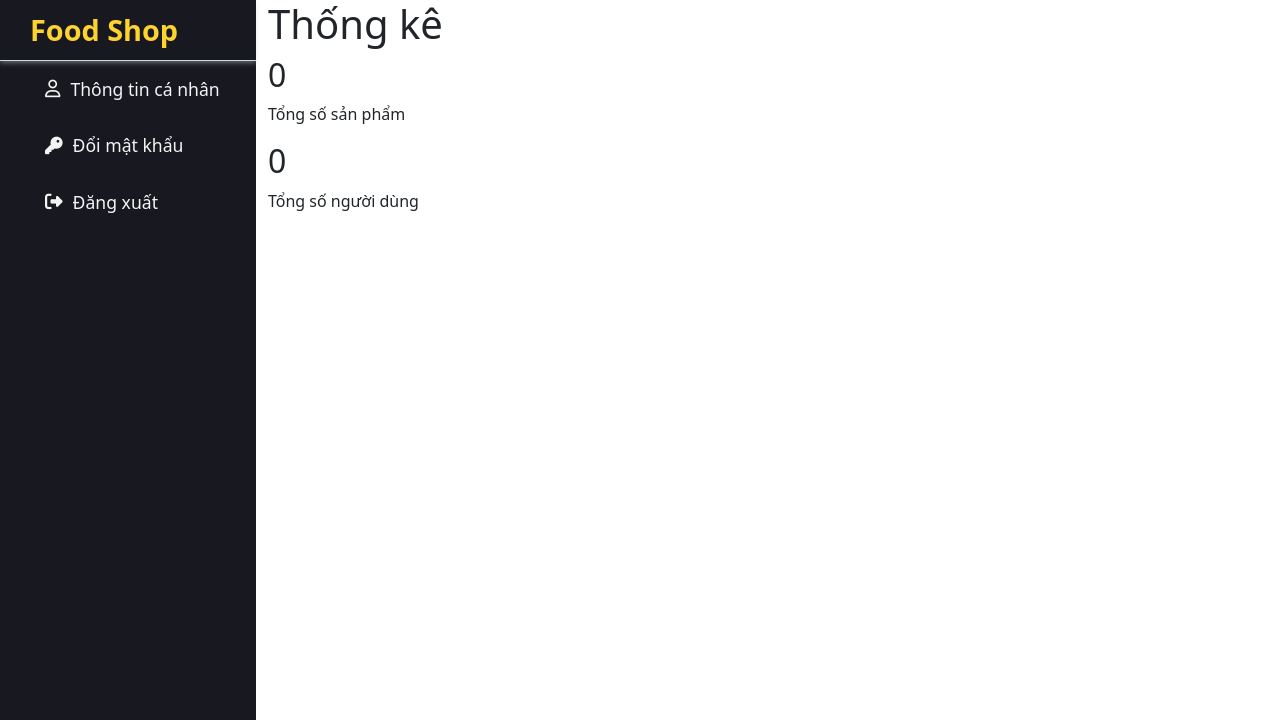
Repository: TuanAnhNguyen723/Restaurant-Projects
Page: http://localhost/Thongke/thongke.php
These files come from the project's save history. The page is drawn as it stood at one moment and after the next save; the edit follows.
The browser window is 1280 px wide. The pictures show the whole page.
The page is run by PHP 8.4 with error messages shown; the project is at /var/www/html/.

Above is the page before, as saved 2024-06-18 20:30:55.

### Thongke/thongke.php
<!DOCTYPE html>

<?php
 include 'ConnectDb.php';
 $role = isset($_SESSION['roleAccount']) ? $_SESSION['roleAccount'] : 'guest';
?>

<html lang="en">
  <head>
    <meta charset="UTF-8" />
    <meta name="viewport" content="width=device-width, initial-scale=1.0" />
    <title>Document</title>
    <link rel="stylesheet" href="./thongke.css" />
    <link
      href="https://cdn.jsdelivr.net/npm/bootstrap@5.3.3/dist/css/bootstrap.min.css"
      rel="stylesheet"
      integrity="sha384-QWTKZyjpPEjISv5WaRU9OFeRpok6YctnYmDr5pNlyT2bRjXh0JMhjY6hW+ALEwIH"
      crossorigin="anonymous"
    />
    <link
      rel="stylesheet"
      href="https://cdnjs.cloudflare.com/ajax/libs/font-awesome/6.4.2/css/all.min.css"
    />
  </head>
  <body>
    <nav class="dashboard">
      <div class="header">
        <a href="../View/main.php">Food Shop</a>
      </div>

      <div class="menu">
        <a href="../Dashboard/info.php" class="active ">
          <i class="fa-regular fa-user"></i>
          <span>Thông tin cá nhân</span>
        </a>

        <a style="background-color: #3b82f6" href="../Thongke/thongke.php" class="active admin-only">
        <i class="fa-regular fa-user"></i>
        <span>Thống kê</span>
      </a>

      <a href="../discount/discount.php" class="active admin-only">
          <i class="fa-regular fa-user"></i>
          <span>Quản lý mã giảm giá</span>
        </a>

      <a  href="../quanlysanpham/quanly.php" class="active admin-only">
        <i class="fa-regular fa-user"></i>
        <span>Quản lý sản phẩm</span>
      </a>

      <a href="../quanlytaikhoan/qltk.php" class="active admin-only">
        <i class="fa-regular fa-user"></i>
        <span>Quản lý tài khoản</span>
      </a>

        <a href="../ChangePass/changepass.php" class="active">
          <i class="fa-solid fa-key"></i>
          <span>Đổi mật khẩu</span>
        </a>
        <a href="../index.html" class="active">
          <i class="fa-solid fa-right-from-bracket"></i>
          <span>Đăng xuất</span>
        </a>
      </div>
    </nav>

    <main class="main-dashboard">
        <div class="container">
          <h1 class="title">Thống kê</h1>
            <div class="stats">
              <div class="stat">
                <h2 id="totalProducts" class="stat-number">0</h2>
                <p class="stat-label">Tổng số sản phẩm</p>
              </div>
            <div class="stat">
              <h2 id="totalUsers" class="stat-number">0</h2>
              <p class="stat-label">Tổng số người dùng</p>
            </div>
          </div>
        </div>
    </main>
  </body>
  <script>
    // PHP injects the role of the current user
    const userRole = '<?php echo $role; ?>';

    // JavaScript to show/hide elements based on role
    document.addEventListener('DOMContentLoaded', () => {

  if (userRole !== 'admin') {
    console.log(111)
    document.querySelectorAll('.admin-only').forEach(el => el.style.display = 'none');
  }

  if (userRole !== 'user') {
    console.log(111)
    document.querySelectorAll('.user-only').forEach(el => el.style.display = 'none');
  }
});
  </script>
</html>

### Thongke/ConnectDb.php
<?php
session_start();
include '../config.php';


// Kiểm tra xem form có được submit hay không
if ($_SERVER["REQUEST_METHOD"] == "POST") {
    $username = $_POST['username'];
    $email = $_POST['email'];
    $phone = $_POST['phone'];
    $hoten = $_POST['hoten'];

    // Cập nhật dữ liệu vào cơ sở dữ liệu
    $sql = "UPDATE account SET Email='$email', Phone='$phone', HoTen='$hoten' WHERE Username='$username'";

    if ($conn->query($sql) === TRUE) {
      echo "<script>alert('Registered successfully'); </script>";
    } else {
      echo "<script>alert('Registered Failed');  </script>" . $conn->error;
    }
  }


//
    if(isset($_SESSION['user_id'])) {
        // Lấy ID người dùng từ session
        $user_id = $_SESSION['user_id'];

    $sql = "SELECT Username, Email, Phone, HoTen FROM account WHERE ID='$user_id'";
    $result = $conn->query($sql);

    if ($result->num_rows > 0) {
        $row = $result->fetch_assoc();
        $username = $row['Username'];
        $email = $row['Email'];
        $phone = $row['Phone'];
        $hoten = $row['HoTen'];
    } else {
        $username = $email = $phone = $hoten = '';
        echo "No results found.";
    }
    }
  $conn->close();
?>

### config.php
<?php
define('DB_SERVER', 'localhost');
define('DB_USERNAME', 'root');
define('DB_PASSWORD', '');
define('DB_NAME', 'webfooddb');

$conn = mysqli_connect(DB_SERVER, DB_USERNAME, DB_PASSWORD, DB_NAME);



if($conn === false){
    die("ERROR: Could not connect. " . mysqli_connect_error());
}
?>

### Thongke/thongke.css
@import url("https://fonts.googleapis.com/css2?family=Poppins:wght@100;200;300;400;500;600;700;800;900&family=Roboto:ital,wght@0,400;0,700;1,500&family=Rubik:wght@300;400;500;600&display=swap");
:root {
  --primary-color: #fed330;
  --secondary-color: #ff2525;
  --white-color: #ffffff; /* Sửa tên biến thành white-color */
  --light-color: #f4f4f4;
  --grey-color: #979b9d;
  --dark-color: #171820;

  --trans-back-co: background-color 0.3s, color 0.3s;
  --trans-co: color 0.3s;
}
.no-pointer-events {
  pointer-events: none !important;
  color: #979b9d !important;
  cursor: not-allowed !important;

}

html {
  scroll-behavior: smooth;
}

* {
  margin: 0;
  padding: 0;
  text-decoration: none;
}

*,
::before,
::after {
  box-sizing: border-box;
}

body {
  font-family: "Rubik", sans-serif;
  font-size: 16px;
  font-weight: 400;
  line-height: 1.8;
  color: var(--dark-color);
  background-color: var(--white-color);
}

body {
  display: flex;
}

.dashboard {
  width: 20%;
  background-color: var(--dark-color);
  height: 100vh;
}
.main-dashboard {
  width: 80%;
}

.header {
  width: 100%;
  border-bottom: 1px solid #cde1f5;
}

.header a {
  color: var(--primary-color);
  text-decoration: none;
  width: 100%;
  padding: 0 30px;
  display: flex;
  align-items: center;
  height: 60px;
  font-size: 1.8em;
  font-weight: 600;
  box-shadow: 0px 3px 5px 0px rgba(204, 204, 204, 0.4509803922);
}

.menu {
  display: flex;
  flex-direction: column;
  margin-left: 30px;
  width: 80%;
}

.menu a {
  text-decoration: none;
  border-radius: 10px;
  transition: all 0.2s;
  display: flex;
  align-items: center;
  padding: 10px;
  color: #f4f4f4;
  font-size: 1.1em;
  gap: 10px;
  margin: 5px;
}

.menu a:hover {
  transform: translateX(10px);
  transform: translateY(-5px);
  background-color: #3b82f6;
  box-shadow: -4px 4px 0px 0px rgba(4, 142, 255, 0.2);
}

.page {
  background-color: #f4f4f6;
  padding: 30px 5%;
}

.box-dashboard {
  box-sizing: border-box;
  padding: 30px;
  background-color: #f4f4f4;
  box-shadow: 0px 3px 5px 0px rgba(204, 204, 204, 0.4509803922);
  border-radius: 5px;
}

.dashboard-title {
  width: 100%;
  padding: 0 30px;

  display: flex;
  align-items: center;
  height: 60px;
  font-size: 1.8em;
  font-weight: 600;
  box-shadow: 0px 3px 5px 0px rgba(204, 204, 204, 0.4509803922);
  background-color: #fff;
}

.text-red {
  color: #ef4444;
}

After the next save:
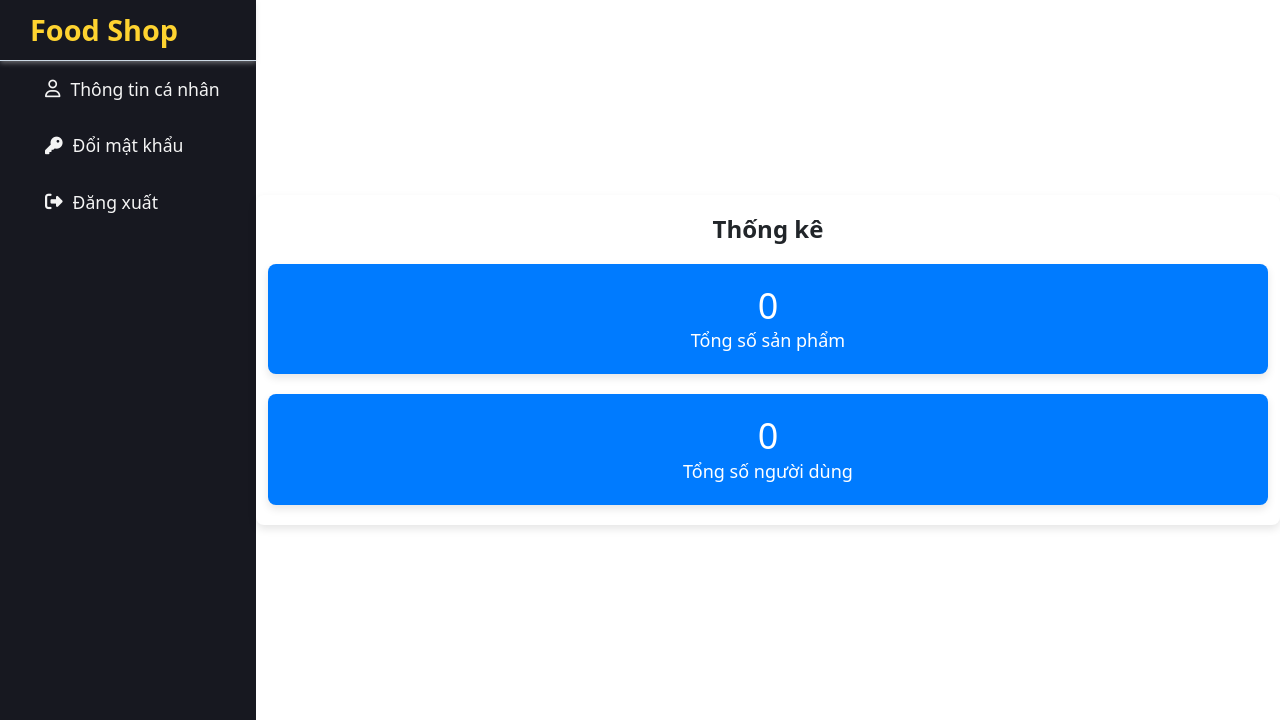
Saved 20 s later.
--- a/Thongke/thongke.css
+++ b/Thongke/thongke.css
@@ -14,7 +14,6 @@
   pointer-events: none !important;
   color: #979b9d !important;
   cursor: not-allowed !important;
-
 }
 
 html {
@@ -129,3 +128,53 @@ body {
 .text-red {
   color: #ef4444;
 }
+
+/* styles.css */
+body {
+  font-family: "Arial", sans-serif;
+  background-color: #f4f4f4;
+  display: flex;
+  justify-content: center;
+  align-items: center;
+  height: 100vh;
+  margin: 0;
+}
+
+.container {
+  background-color: #fff;
+  padding: 20px;
+  border-radius: 8px;
+  box-shadow: 0 4px 8px rgba(0, 0, 0, 0.1);
+  text-align: center;
+  width: 300px;
+}
+
+.title {
+  font-size: 24px;
+  font-weight: bold;
+  margin-bottom: 20px;
+}
+
+.stats {
+  display: flex;
+  flex-direction: column;
+  gap: 20px;
+}
+
+.stat {
+  background-color: #007bff;
+  color: #fff;
+  padding: 20px;
+  border-radius: 8px;
+  box-shadow: 0 4px 8px rgba(0, 0, 0, 0.1);
+}
+
+.stat-number {
+  font-size: 36px;
+  margin: 0;
+}
+
+.stat-label {
+  font-size: 18px;
+  margin: 0;
+}
